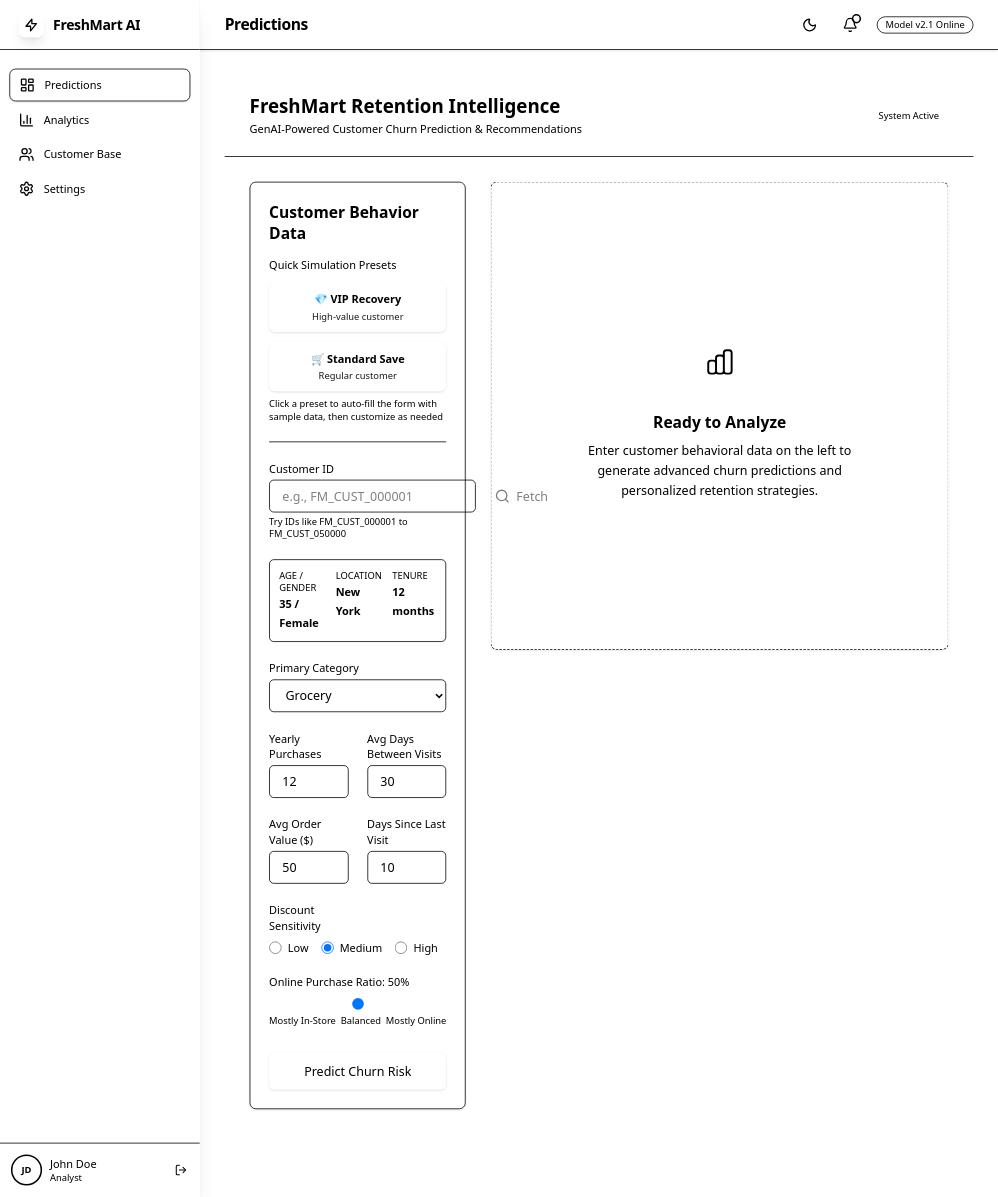
Repository: Arunika7/GenAI_Retention_System
Page: / (app in frontend/)
The author's editor kept a copy of each file at every save. The page is drawn from the files as they stood at one save, then again after a run of saves.
The browser window is 1280 px wide. The pictures show the whole page, at 78% of full size.
The project was rebuilt for these pictures with package versions that can differ from the ones it lists, and the page was loaded fresh each time. Also part of the build but not shown: frontend/vite.config.js, frontend/src/components/PredictionCard.jsx, frontend/src/components/ExplanationPanel.jsx, frontend/src/components/RecommendationsPanel.jsx, frontend/src/components/OutreachModal.jsx, frontend/src/pages/Analytics.jsx, frontend/src/pages/Customers.jsx, frontend/src/pages/Settings.jsx.

Above is the page before, as saved 2026-01-29 01:17:34.

After the next 2 saves:
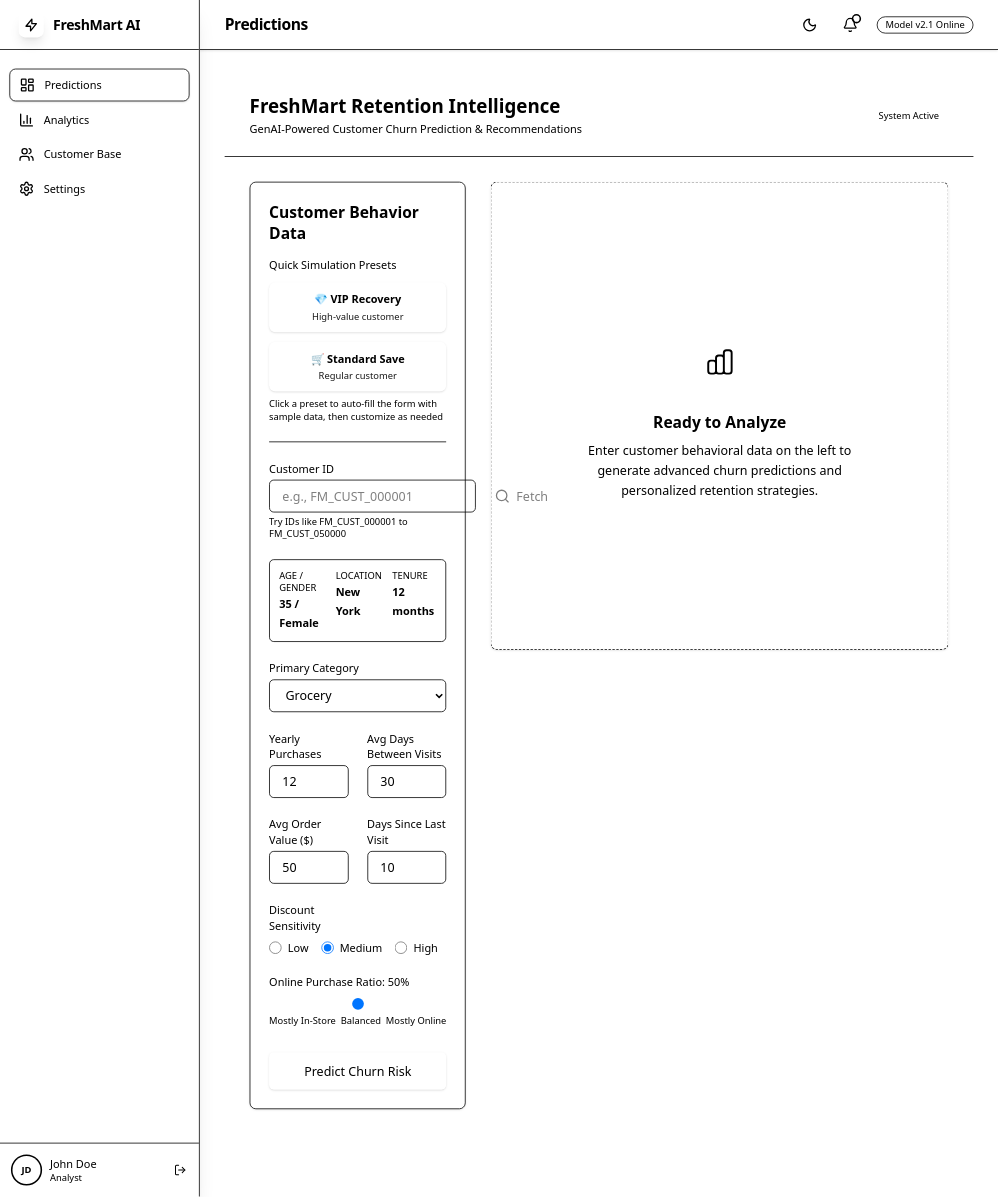
The 2 saves are shown as one change because they came seconds apart.
The last was saved 2 min 25 s later.
--- a/frontend/src/components/Layout.jsx
+++ b/frontend/src/components/Layout.jsx
@@ -26,13 +26,13 @@
         <div className="min-h-screen bg-gray-50 dark:bg-gray-900 flex font-sans text-gray-900 dark:text-gray-100 transition-colors duration-200">
 
             {/* Sidebar - Desktop */}
-            <aside className="w-64 bg-slate-900 dark:bg-slate-950 text-white flex-col hidden md:flex shadow-xl z-20">
+            <aside className="w-64 bg-white dark:bg-slate-900 border-r border-gray-200 dark:border-slate-800 text-gray-900 dark:text-white flex-col hidden md:flex shadow-xl z-20 transition-colors duration-200">
                 {/* Brand */}
-                <div className="h-16 flex items-center px-6 border-b border-slate-800 dark:border-slate-700 bg-slate-950 dark:bg-black">
-                    <div className="h-8 w-8 bg-blue-600 dark:bg-blue-500 rounded-lg flex items-center justify-center text-white mr-3 shadow-lg shadow-blue-500/20">
+                <div className="h-16 flex items-center px-6 border-b border-gray-200 dark:border-slate-800 bg-gray-50 dark:bg-slate-950 transition-colors duration-200">
+                    <div className="h-8 w-8 bg-blue-600 rounded-lg flex items-center justify-center text-white mr-3 shadow-lg shadow-blue-500/20">
                         <svg className="w-5 h-5" fill="none" stroke="currentColor" viewBox="0 0 24 24"><path strokeLinecap="round" strokeLinejoin="round" strokeWidth="2" d="M13 10V3L4 14h7v7l9-11h-7z"></path></svg>
                     </div>
-                    <span className="font-bold text-lg tracking-tight">FreshMart AI</span>
+                    <span className="font-bold text-lg tracking-tight text-gray-900 dark:text-white">FreshMart AI</span>
                 </div>
 
                 {/* Navigation */}
@@ -45,11 +45,11 @@
                                 key={item.id}
                                 onClick={() => setCurrentView(item.id)}
                                 className={`w-full flex items-center px-3 py-2.5 text-sm font-medium rounded-lg transition-all duration-200 group ${isActive
-                                        ? 'bg-blue-600/10 text-blue-400 border border-blue-600/20 shadow-sm'
-                                        : 'text-slate-400 hover:bg-slate-800 dark:hover:bg-slate-900 hover:text-white'
+                                        ? 'bg-blue-50 dark:bg-blue-600/10 text-blue-600 dark:text-blue-400 border border-blue-200 dark:border-blue-600/20 shadow-sm'
+                                        : 'text-gray-600 dark:text-slate-400 hover:bg-gray-100 dark:hover:bg-slate-800 hover:text-gray-900 dark:hover:text-white'
                                     }`}
                             >
-                                <Icon className={`w-5 h-5 mr-3 ${isActive ? 'text-blue-400' : 'text-slate-500 group-hover:text-white'}`} />
+                                <Icon className={`w-5 h-5 mr-3 ${isActive ? 'text-blue-600 dark:text-blue-400' : 'text-gray-500 dark:text-slate-500 group-hover:text-gray-900 dark:group-hover:text-white'}`} />
                                 {item.label}
                             </button>
                         );
@@ -57,16 +57,16 @@
                 </nav>
 
                 {/* User Profile Footer */}
-                <div className="p-4 border-t border-slate-800 dark:border-slate-700 bg-slate-950/50 dark:bg-black/50">
+                <div className="p-4 border-t border-gray-200 dark:border-slate-800 bg-gray-50 dark:bg-slate-950/50 transition-colors duration-200">
                     <div className="flex items-center">
-                        <div className="h-9 w-9 rounded-full bg-gradient-to-tr from-blue-500 to-indigo-600 flex items-center justify-center text-white font-bold text-xs ring-2 ring-slate-800 dark:ring-slate-700">
+                        <div className="h-9 w-9 rounded-full bg-gradient-to-tr from-blue-500 to-indigo-600 flex items-center justify-center text-white font-bold text-xs ring-2 ring-gray-300 dark:ring-slate-800">
                             JD
                         </div>
                         <div className="ml-3">
-                            <p className="text-sm font-medium text-white">John Doe</p>
-                            <p className="text-xs text-slate-500 dark:text-slate-400">Analyst</p>
+                            <p className="text-sm font-medium text-gray-900 dark:text-white">John Doe</p>
+                            <p className="text-xs text-gray-500 dark:text-slate-400">Analyst</p>
                         </div>
-                        <button className="ml-auto text-slate-500 hover:text-white transition-colors">
+                        <button className="ml-auto text-gray-500 dark:text-slate-500 hover:text-gray-900 dark:hover:text-white transition-colors">
                             <LogOut className="w-4 h-4" />
                         </button>
                     </div>
